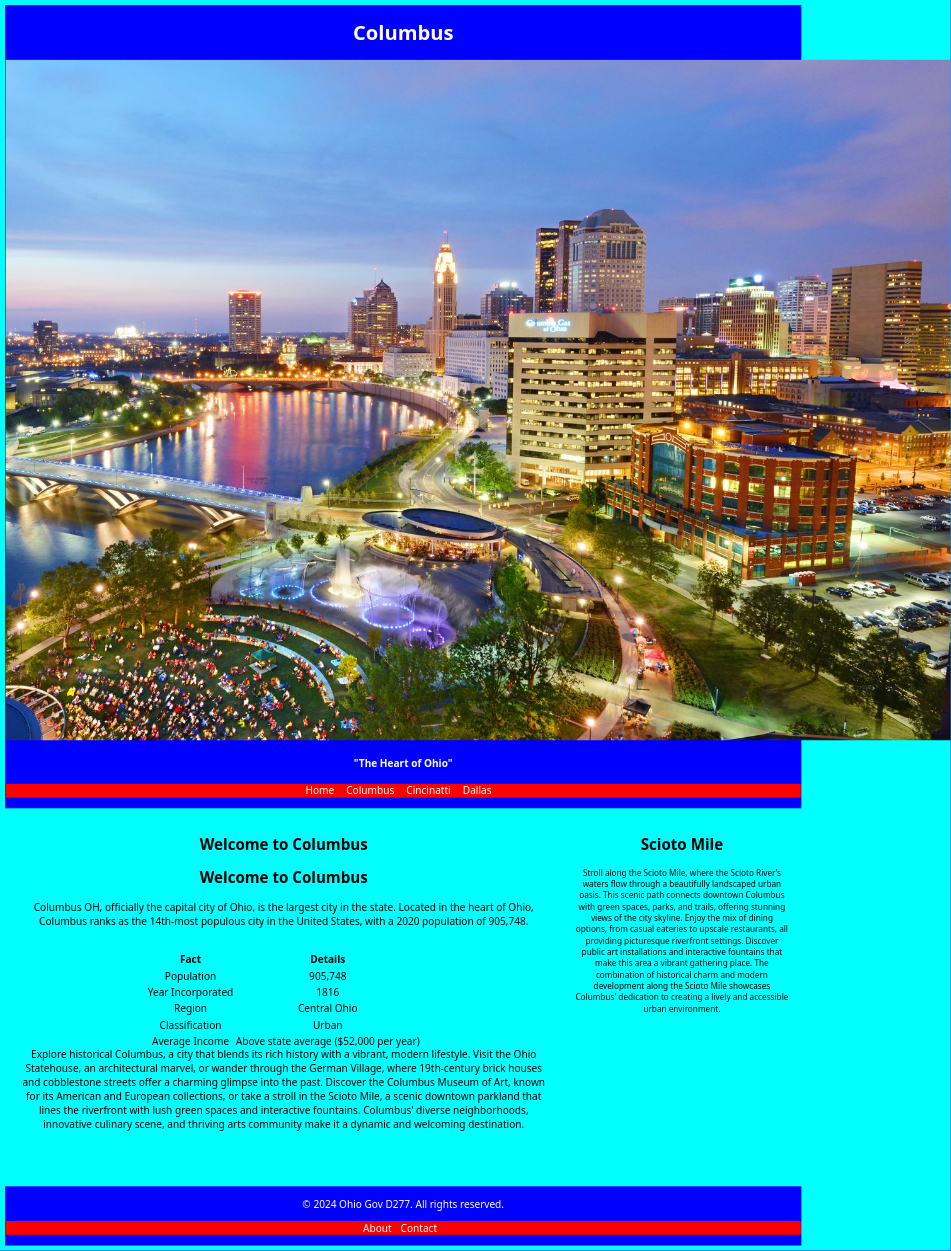
Repository: MikeeBuilds/FEWD-task1
Page: columbus.html
These files come from the project's save history. The page is drawn as it stood at one moment and after a run of saves; the edit follows.
The browser window is 1280 px wide. The page is 1509 px wide, then 1280 px, so the pictures cover 1509 px, including what lies to the right of the window. The pictures show the whole page, at 63% of full size.

Above is the page before, as saved 2024-07-02 17:15:03.

After the next 2 saves:
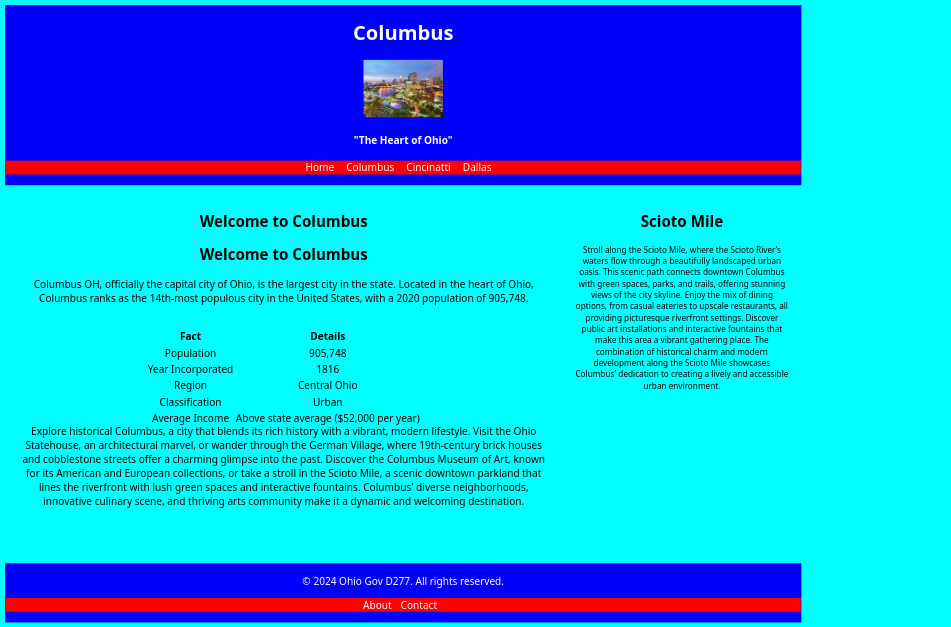
The 2 saves are shown as one change because they came seconds apart.
The last was saved 7 s later.
--- a/style.css
+++ b/style.css
@@ -124,4 +124,7 @@ form input[type="submit"] {
     height: auto;
 }
 
-#sciotomile
+#sciotomile{
+    width: 10%;
+    height: auto;
+}
